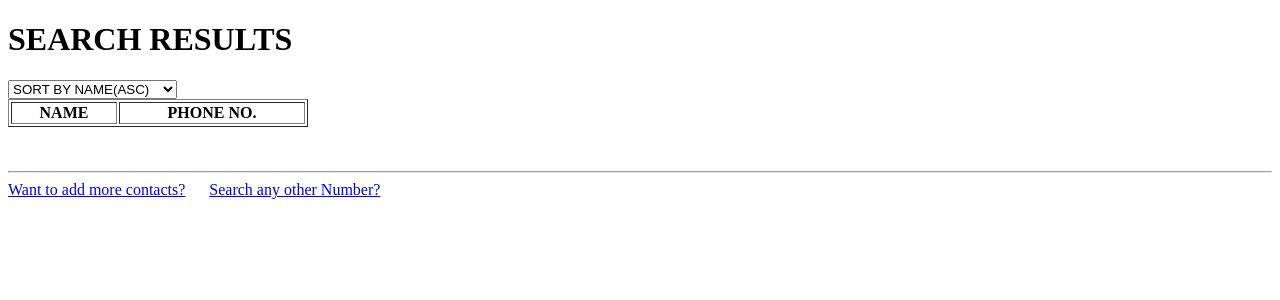
Repository: nikhilbad7/jsp-practicals
Page: http://localhost/classwork/exp13search.jsp
These files come from the project's save history. The page is drawn as it stood at one moment and after the next save; the edit follows.
The browser window is 1280 px wide. The pictures show the whole page.
The page is served by Tomcat 9. The database holds what the project's SQL file puts in it.

Above is the page before, as saved 2018-04-12 07:14:52.

### classwork/WebContent/exp13search.jsp
<!DOCTYPE HTML PUBLIC "-//W3C//DTD HTML 4.01 Transitional//EN"
"http://www.w3.org/TR/html4/loose.dtd">
<%@ page import="java.sql.*" %>
<%@ page import="java.io.*" %>
<html>
<head>
<title>SEARCH RESULTS</title>
</head>
<body>
<h1>SEARCH RESULTS </h1>
<%
try {
/* Create string of connection url within specified format with machine name,
port number and database name. Here machine name id localhost and database name
is usermaster. */
//String connectionURL = "jdbc:mysql://localhost:3306/usermaster";
// declare a connection by using Connection interface
//Connection connection = null;
// Load JBBC driver "com.mysql.jdbc.Driver".
String name = request.getParameter("name");
Class.forName("com.mysql.jdbc.Driver");
/* Create a connection by using getConnection() method that takes parameters of
string type connection url, user name and password to connect to database. */
Connection con= DriverManager.getConnection("jdbc:mysql://localhost:3306/phone","root","");
// check weather connection is established or not by isClosed() method
Statement stmt=con.createStatement();
String q = "select * from contacts where name='"+name+"'";
ResultSet rs=stmt.executeQuery(q);
%>
<select name="sort">
		<option>SORT BY NAME(ASC)</option>
		<option>SORT BY NAME(DESC)</option>
		</select>
<table border=1 width=300px>
<tr>
	<th>NAME</th>
	<th>PHONE NO.</th>

</tr> <%
while(rs.next()){
	String resultname = rs.getString("name");
	String num = rs.getString("phone");
	out.print("<tr><td>"+resultname+"</td><td>"+num+"</td></tr>");

}
%>
</table><br><br><hr/>
<a href="exp13add.html">Want to add more contacts?</a>
&nbsp;&nbsp;&nbsp;&nbsp;
<a href="exp13.html">Search any other Number?</a>
<%
con.close();
}
catch(Exception ex){
ex.printStackTrace();
}
%>

</body>
</html>

### classwork/database/phone.sql (the tables this page reads)
CREATE TABLE `contacts` (
  `name` varchar(255) NOT NULL,
  `phone` varchar(50) NOT NULL
) ENGINE=InnoDB DEFAULT CHARSET=latin1;

INSERT INTO `contacts` (`name`, `phone`) VALUES
('Nikhil Badani', '9691441118'),
('Nikhil Singh', '9098187775');

After the next save:
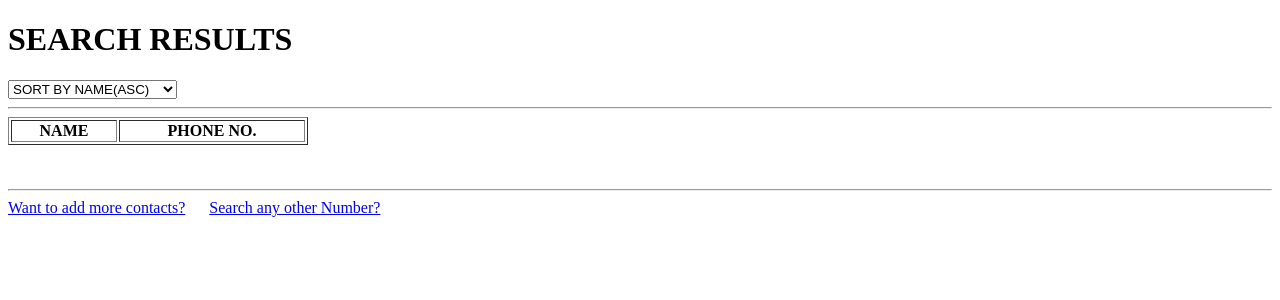
Saved 4 min 51 s later.
--- a/classwork/WebContent/exp13search.jsp
+++ b/classwork/WebContent/exp13search.jsp
@@ -30,7 +30,8 @@ ResultSet rs=stmt.executeQuery(q);
 <select name="sort">
 		<option>SORT BY NAME(ASC)</option>
 		<option>SORT BY NAME(DESC)</option>
-		</select>
+</select>
+<hr/>
 <table border=1 width=300px>
 <tr>
 	<th>NAME</th>
